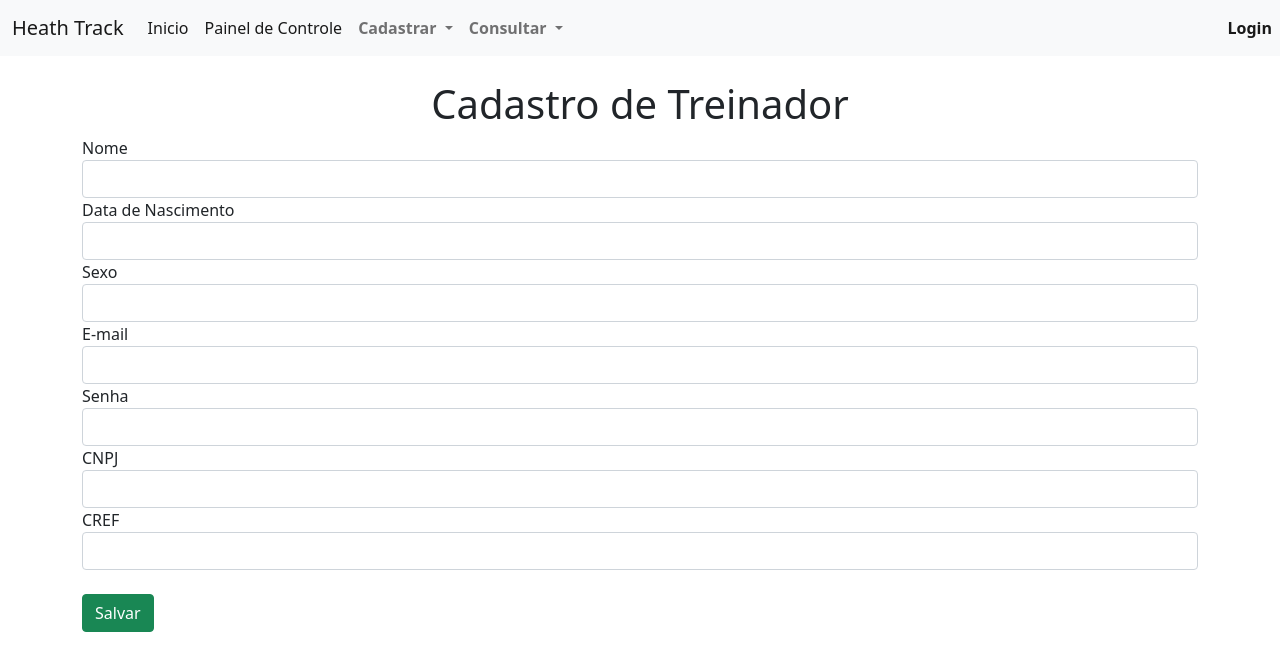
Repository: FellipySantos/HealthTrack_Finalizado
Page: http://localhost/JSPs/cadastro-treinador.jsp
The author's editor kept a copy of each file at every save. The page is drawn from the files as they stood at one save, then again after the next save.
The browser window is 1280 px wide. The pictures show the whole page.
The page is served by Tomcat 9.

Above is the page before, as saved 2021-11-22 23:25:55.

After the next save:
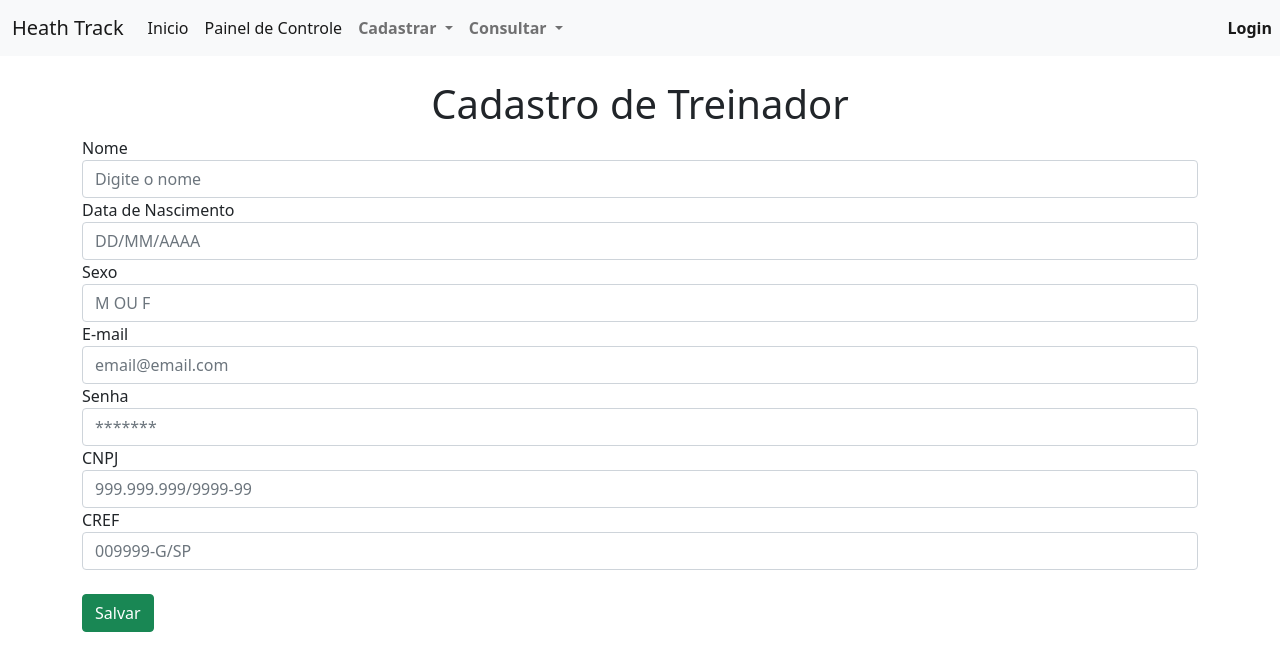
Saved 5 min 54 s later.
--- a/JSP/JSPs/WebContent/cadastro-treinador.jsp
+++ b/JSP/JSPs/WebContent/cadastro-treinador.jsp
@@ -23,31 +23,31 @@
 		<input type="hidden" value="cadastrar" name="acao">
 		<div class="form-group">
 			<label for="id-nome">Nome</label>
-			<input type="text" name="nome" id="id-nome" class="form-control">
+			<input type="text" name="nome" id="id-nome" class="form-control"  placeholder="Digite o nome">
 		</div>
 		<div class="form-group">
 			<label for="id-dtNasc">Data de Nascimento</label>
-			<input type="text" name="dtNasc" id="id-dtNasc" class="form-control">
+			<input type="text" name="dtNasc" id="id-dtNasc" class="form-control"  placeholder="DD/MM/AAAA">
 		</div>
 		<div class="form-group">
 			<label for="id-sexo">Sexo</label>
-			<input type="text" name="sexo" id="id-sexo" class="form-control">
+			<input type="text" name="sexo" id="id-sexo" class="form-control" placeholder="M OU F">
 		</div>
 		<div class="form-group">
 			<label for="id-email">E-mail</label>
-			<input type="text" name="email" id="id-email" class="form-control">
+			<input type="text" name="email" id="id-email" class="form-control" placeholder="email@email.com">
 		</div>
 		<div class="form-group">
 			<label for="id-senha">Senha</label>
-			<input type="text" name="senha" id="id-senha" class="form-control">
+			<input type="text" name="senha" id="id-senha" class="form-control" placeholder="*******">
 		</div>
 		<div class="form-group">
 			<label for="id-cnpj">CNPJ</label>
-			<input type="text" name="cnpj" id="id-cnpj" class="form-control">
+			<input type="text" name="cnpj" id="id-cnpj" class="form-control" placeholder="999.999.999/9999-99">
 		</div>
 		<div class="form-group">
 			<label for="id-cref">CREF</label>
-			<input type="text" name="cref" id="id-cref" class="form-control">
+			<input type="text" name="cref" id="id-cref" class="form-control" placeholder="009999-G/SP">
 		</div>
 
 		<br>
